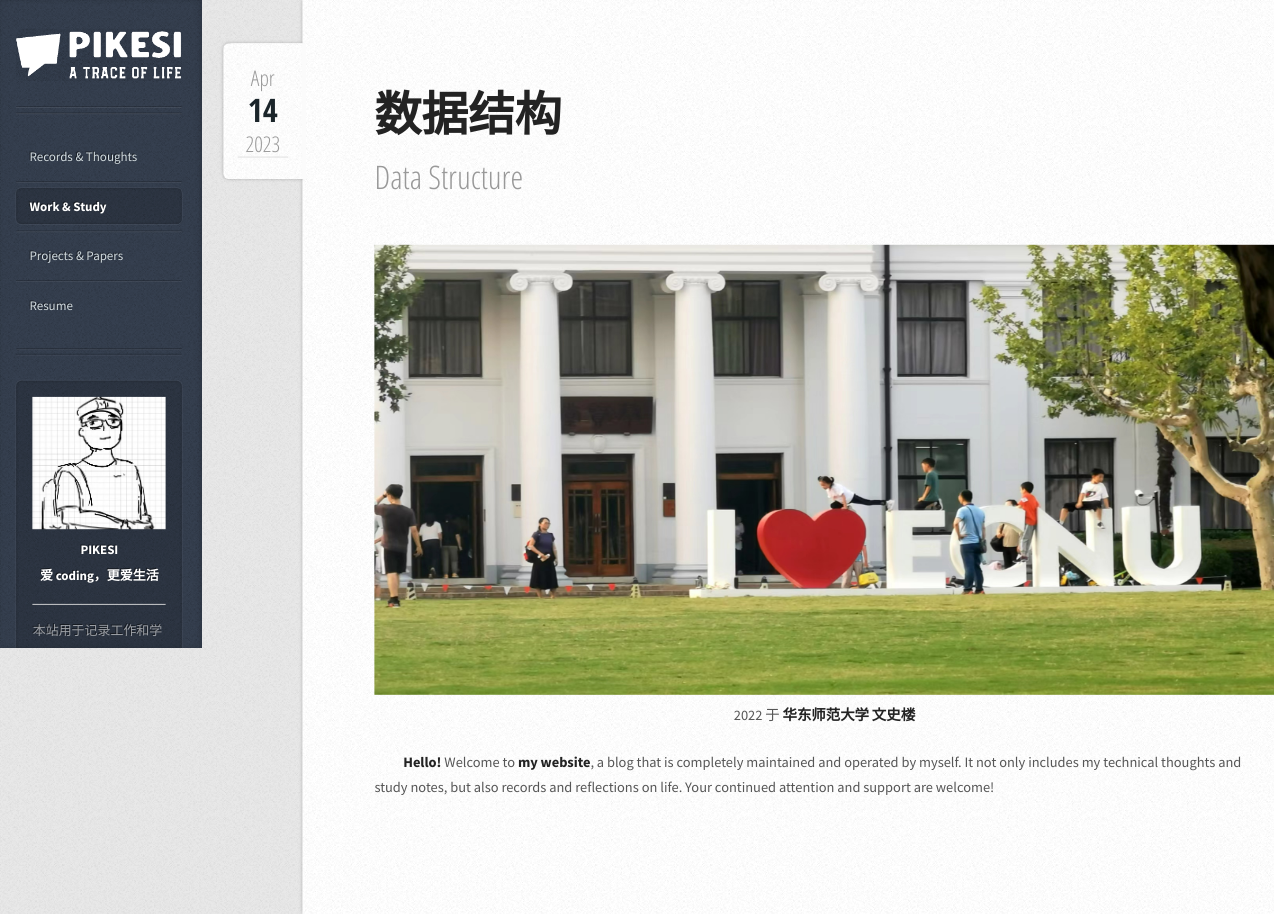
Repository: PiKesi522/PiKesi522.github.io
Page: Notes/DataStucture/main.html
An editor plug-in stored every save of this project. The page is shown before and after the next save, followed by the edit.
The browser window is 1280 px wide. The page is 1416 px wide, then 1280 px, so the pictures cover 1416 px, including what lies to the right of the window. The pictures show the whole page, at 90% of full size.

Above is the page before, as saved 2023-04-11 20:23:42.

### Notes/DataStucture/main.html
<!DOCTYPE HTML>
<!--
	Striped by HTML5 UP
	html5up.net | @ajlkn
	Free for personal and commercial use under the CCA 3.0 license (html5up.net/license)
-->
<html>

<head>
	<title>PiKesi's Home on the Internet</title>
	<meta charset="utf-8" />
	<meta name="viewport" content="width=device-width, initial-scale=1, user-scalable=no" />
	<link rel="stylesheet" href="../../assets/css/main.css" />
</head>

<body class="is-preload">

	<!-- Content -->
	<div id="content">
		<div class="inner">

			<!-- 数据结构 -->
			<article class="box post post-excerpt">
				<header>
					<h2>数据结构</h2>
					<p>Data Structure</p>
				</header>
				<div class="info">
					<span class="date">
						<span class="month">Apr</span>
						<span class="day">14</span>
						<span class="year">2023</span>
					</span>

				</div>
					<img width="1000px" height="500px" src="head.jpg" alt="" />
				</a>
				<div style="text-align: center; margin: 0 0 1.5em 0;">2022 于 <strong>华东师范大学 文史楼</strong></div>
				<div style=" text-indent:2em">
					<strong>Hello!</strong> Welcome to <strong> my website</strong>,
					a blog that is completely maintained and operated by myself.
					It not only includes my technical thoughts and study notes,
					but also records and reflections on life.
					Your continued attention and support are welcome!
				</div>
			</article>

		</div>
	</div>

	<!-- Sidebar -->
	<div id="sidebar">


		<!-- Logo -->
		<h1 id="logo">
			<a href="../index.html">
				<img style="width: 100%;" src="../../assets/images/head1.png" alt="Logo">
				<!-- <div style="margin: 0.5em 0 0 0;">
					PiKesi
				</div> -->
			</a>
		</h1>


		<!-- Nav -->
		<nav id="nav">
			<ul>
				<li><a href="../../life.html">Records & Thoughts</a></li>
				<li class="current"><a href="../../note.html">Work & Study</a></li>
				<li><a href="../../projects.html">Projects & Papers</a></li>
				<li><a href="../../resume.html">Resume</a></li>
				<!-- <li><a href="#">Contact Me</a></li> -->
			</ul>
		</nav>

		<!-- Text -->
		<section class="box text-style1">
			<div class="inner">
					<img style="width: 100%; margin: 0;" src="../../assets/images/icon1.jpg" alt="Logo">
					<div style="text-align: center;">
						<strong> PIKESI </strong>
						<br/>
						<strong> 爱 coding，更爱生活</strong></div>
					<p>
						<hr>
						本站用于记录工作和学习笔记，也用于记录生活和感悟，欢迎交流！
						<br />
						QQ : 860083450
						<br />
						WX : PiKesi22
					</p>
					<div style="display: flex; justify-content: space-between; align-items: center;">
						<a style="float: left; flex: 1;" href="https://github.com/PiKesi522/PiKesi522.github.io/issues">提供建议</a>
						<!-- <span style="border-left: 10px black solid;" ></span> -->
						<a style="float: right;" href="https://github.com/PiKesi522/PiKesi522.github.io/issues">反馈问题</a>
					</div>
			</div>
		</section>
	</div>

	<!-- Scripts -->
	<script src="../../assets/js/jquery.min.js"></script>
	<script src="../../assets/js/browser.min.js"></script>
	<script src="../../assets/js/breakpoints.min.js"></script>
	<script src="../../assets/js/util.js"></script>
	<script src="../../assets/js/main.js"></script>

</body>

</html>

Loaded but not shown: assets/js/jquery.min.js (library); assets/js/browser.min.js (common file); assets/js/breakpoints.min.js (common file); assets/css/fontawesome-all.min.css (library); assets/js/util.js (587 lines, source omitted); assets/css/main.css (3019 lines, source omitted); public/assets/js/main.js (no copy from this time; the picture is the same without it)

After the next save:
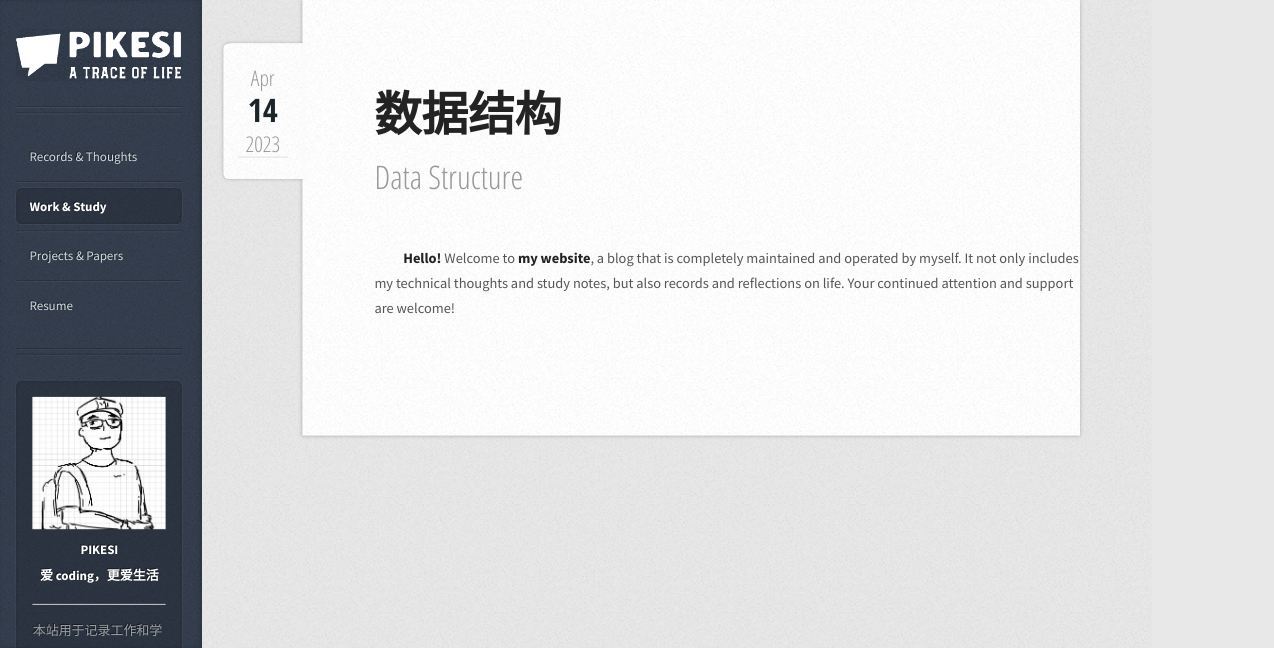
Saved 13 s later.
--- a/Notes/DataStucture/main.html
+++ b/Notes/DataStucture/main.html
@@ -33,9 +33,6 @@
 					</span>
 
 				</div>
-					<img width="1000px" height="500px" src="head.jpg" alt="" />
-				</a>
-				<div style="text-align: center; margin: 0 0 1.5em 0;">2022 于 <strong>华东师范大学 文史楼</strong></div>
 				<div style=" text-indent:2em">
 					<strong>Hello!</strong> Welcome to <strong> my website</strong>,
 					a blog that is completely maintained and operated by myself.
